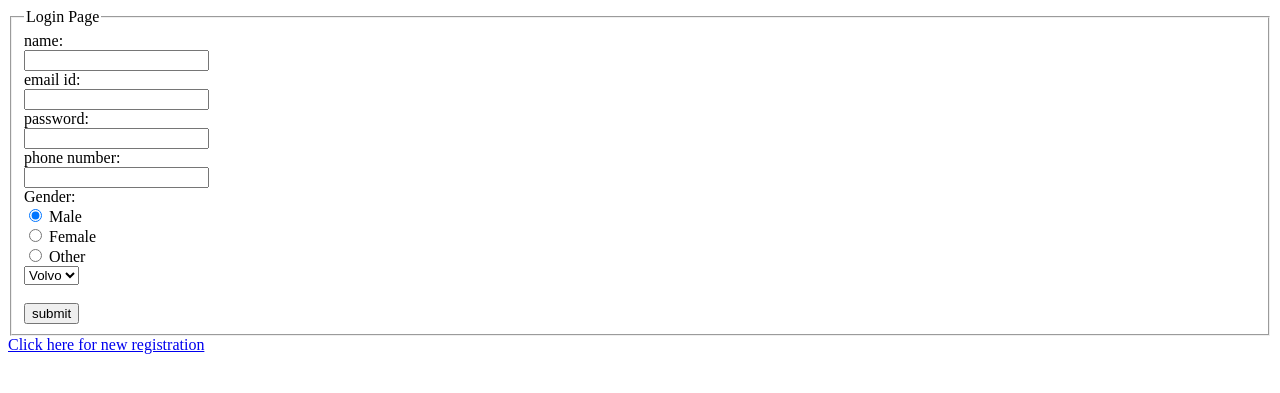
Repository: dhanush199/ServletProject
Page: LoginRegistrationApp/WebContent/index.html
The author's editor kept a copy of each file at every save. The page is drawn from the files as they stood at one save, then again after the next save.
The browser window is 1280 px wide. The pictures show the whole page.

Above is the page before, as saved 2019-01-22 10:46:13.

After the next save:
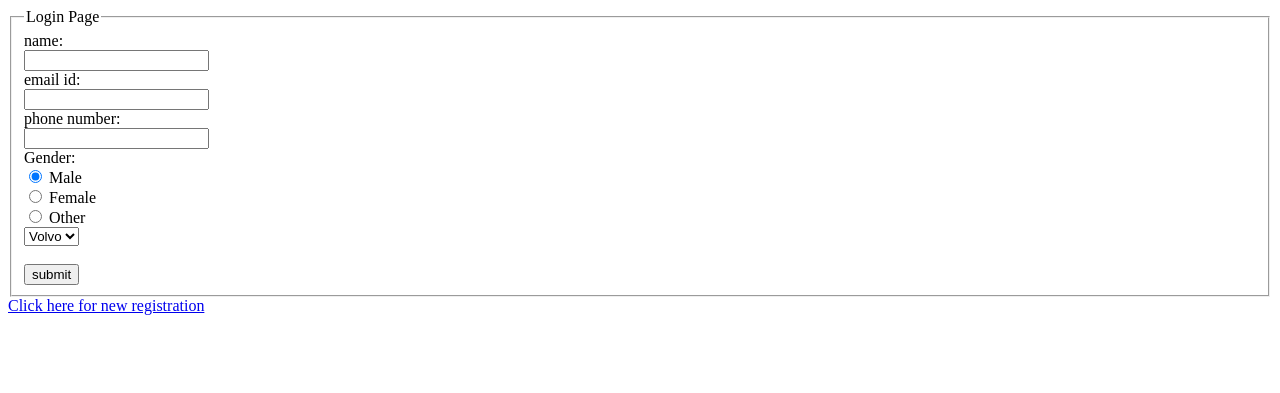
Saved 14 s later.
--- a/LoginRegistrationApp/WebContent/index.html
+++ b/LoginRegistrationApp/WebContent/index.html
@@ -10,7 +10,6 @@
 			<legend>Login Page</legend>
 			name:<br> <input type="text" name="name1"><br> email
 			id:<br> <input type="text" name="email"><br>
-			password:<br> <input type="password" name="password"><br>
 			phone number:<br> <input type="number" name="phoneNumber"><br>
 			Gender:<br> <input type="radio" name="gender" value="male"
 				checked> Male<br> <input type="radio" name="gender"
